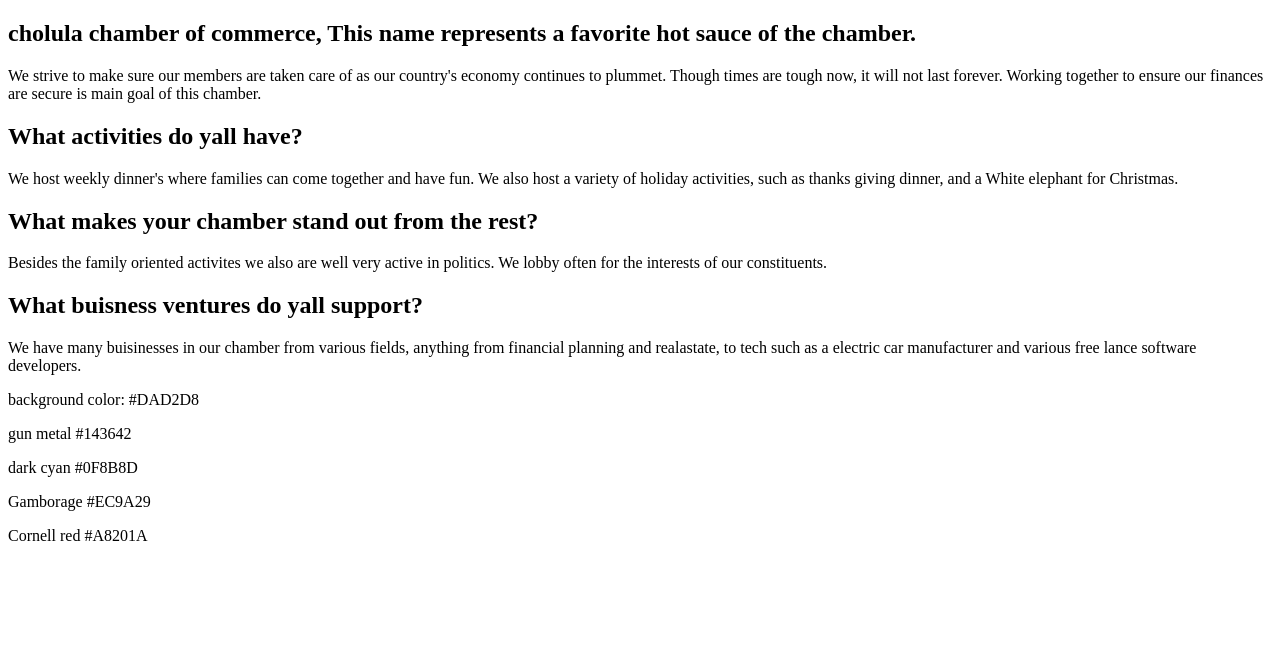
Repository: nak97/WDD230
Page: lesson03/chamber-site-plan.html
These files come from the project's save history. The page is drawn as it stood at one moment and after the next save; the edit follows.
The browser window is 1280 px wide. The pictures show the whole page.
Some web fonts or font styles are not loaded; a fallback is used.

Above is the page before, as saved 2023-09-30 18:11:36.

After the next save:
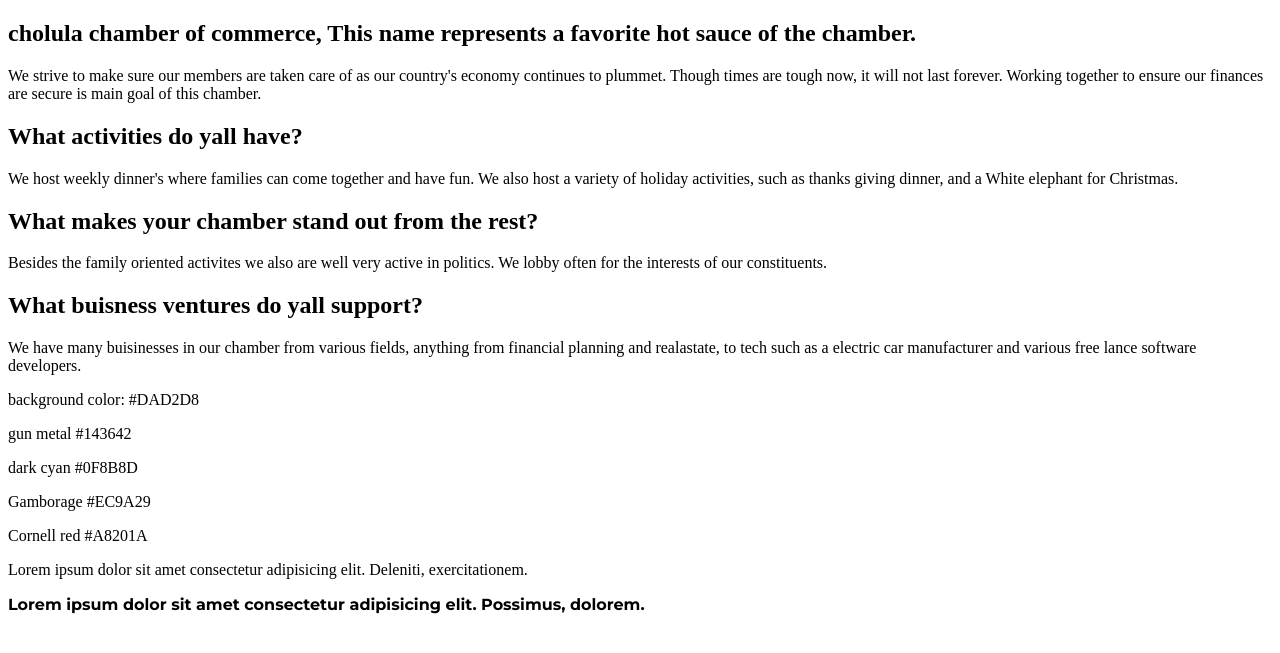
Saved 20 s later.
--- a/lesson03/chamber-site-plan.html
+++ b/lesson03/chamber-site-plan.html
@@ -50,8 +50,8 @@
       </section>
 
     <section class="typography">
-      <p class="youg-serif"></p>
-      <p class="montserrat"></p>
+      <p class="youg-serif">Lorem ipsum dolor sit amet consectetur adipisicing elit. Deleniti, exercitationem.</p>
+      <p class="montserrat">Lorem ipsum dolor sit amet consectetur adipisicing elit. Possimus, dolorem.</p>
     </section>
 
     <section class="Wireframe">
